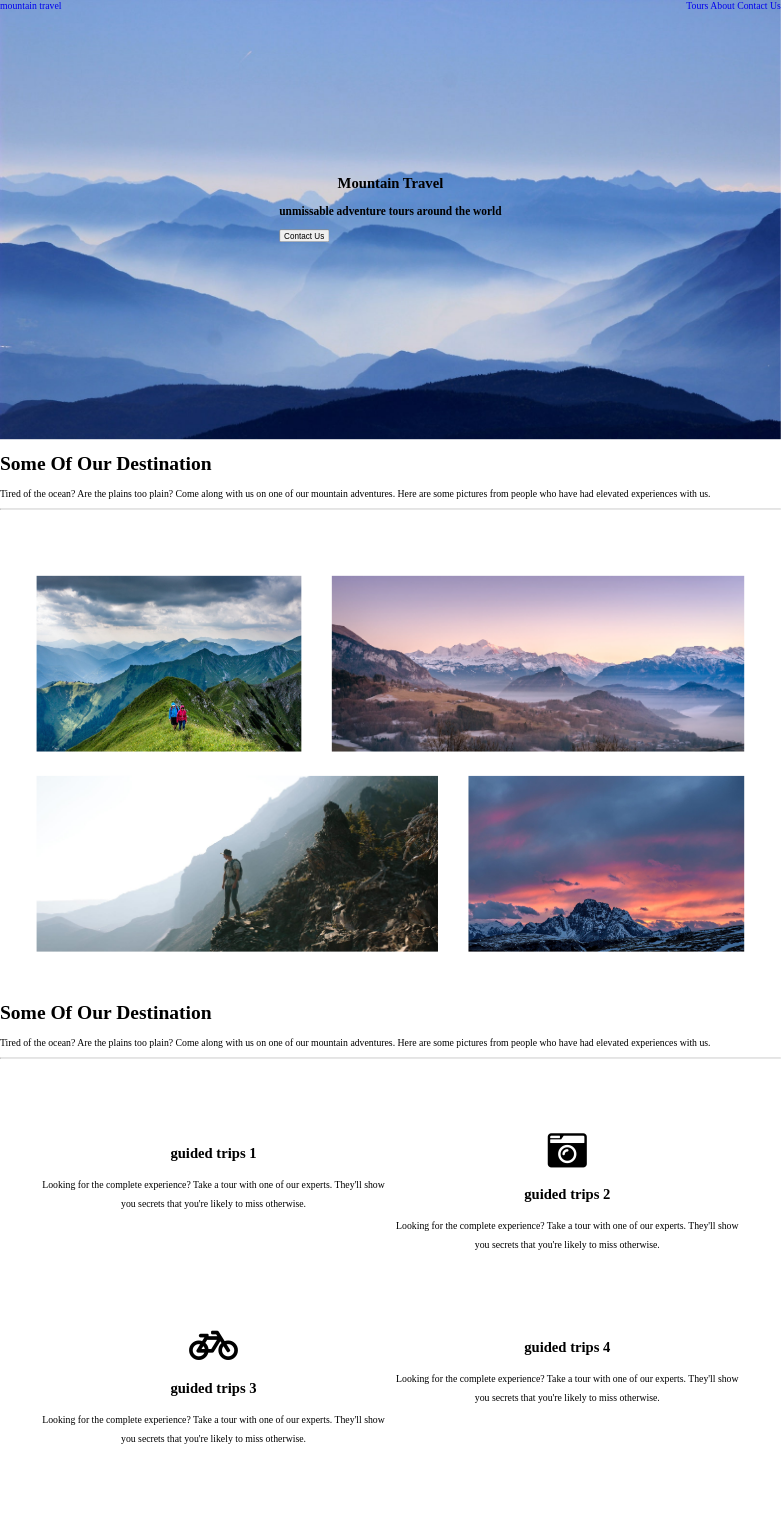
Repository: Einsteiniumeinsteinian/Advanced-CSS
Page: css-project-starter-code/index.html
The author's editor kept a copy of each file at every save. The page is drawn from the files as they stood at one save, then again after the next save.
The browser window is 1280 px wide. The pictures show the whole page, at 61% of full size.
Some web libraries are served in a nearby version.

Above is the page before, as saved 2021-08-15 19:39:47.

After the next save:
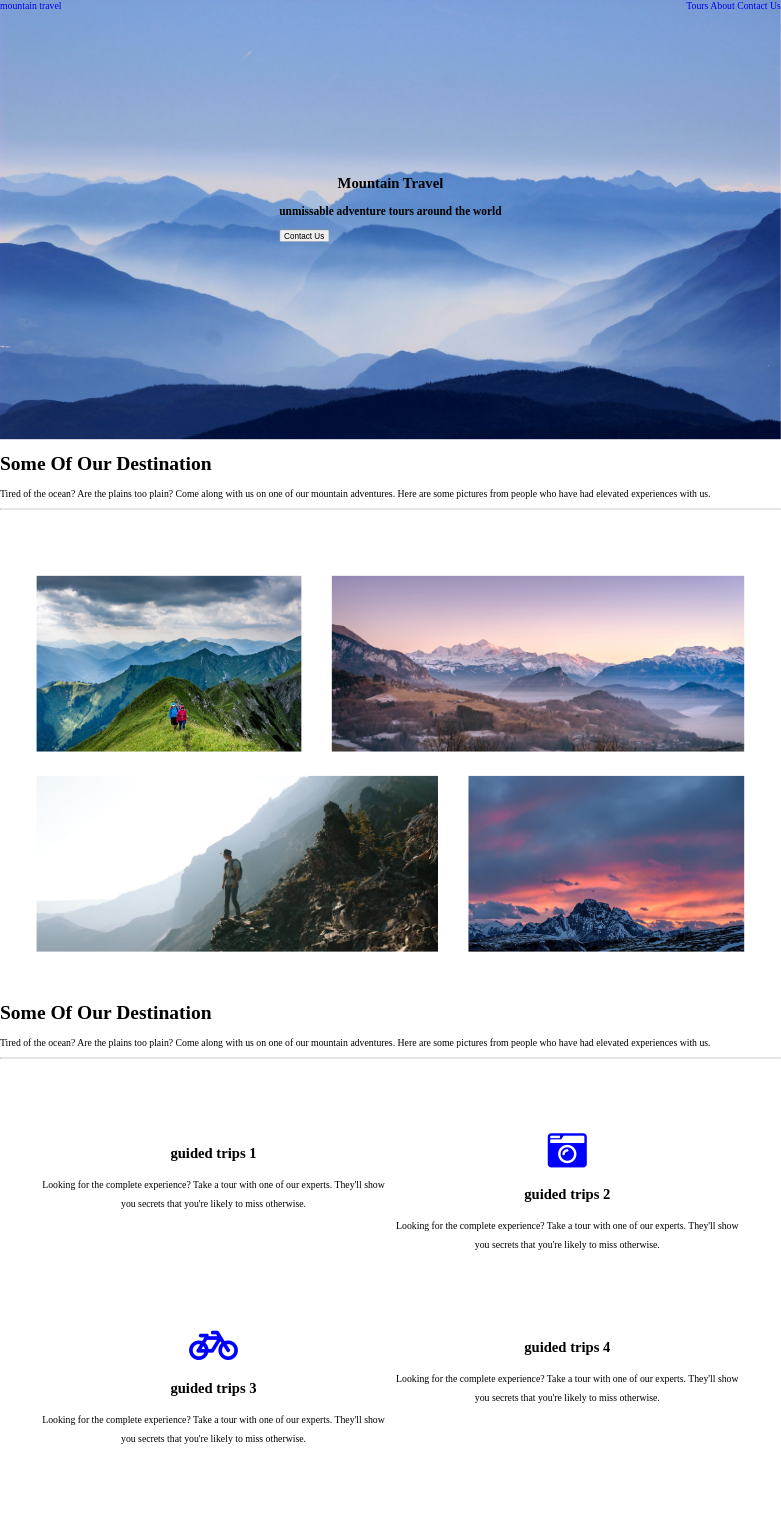
Saved 4 s later.
--- a/css-project-starter-code/assets/css/styles.css
+++ b/css-project-starter-code/assets/css/styles.css
@@ -73,5 +73,5 @@ flex-grow: 1;
 }
 i{
     font-size: 4em;
-    color: blu;
+    color: blue;
 }
